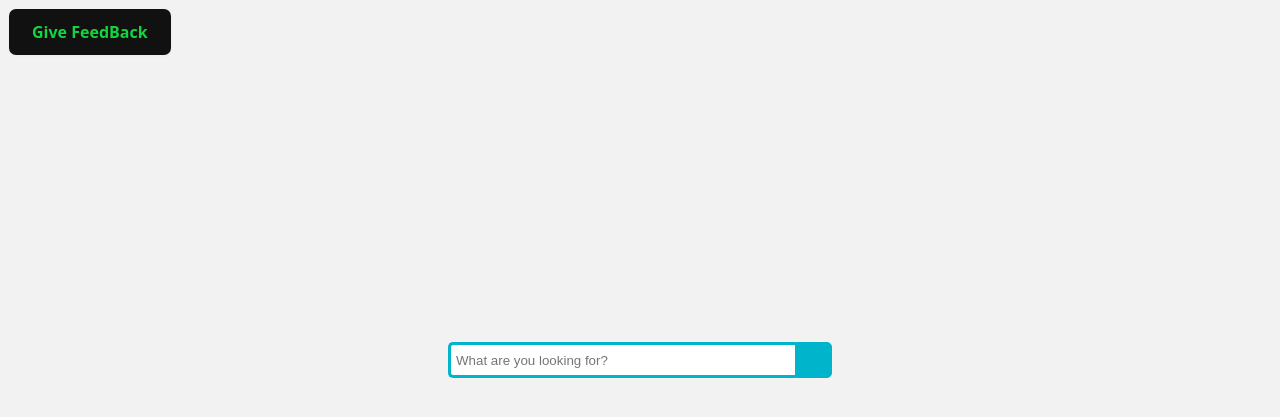
Repository: rajratangm/raj_qtify
Page: / (app in raj_qtify/)
These files come from the project's save history. The page is drawn as it stood at one moment and after a run of saves; the edit follows.
The browser window is 1280 px wide. The pictures show the whole page.
The project was rebuilt for these pictures with package versions that can differ from the ones it lists, and the page was loaded fresh each time.

Above is the page before, as saved 2024-03-19 15:10:39.

After the next 4 saves:
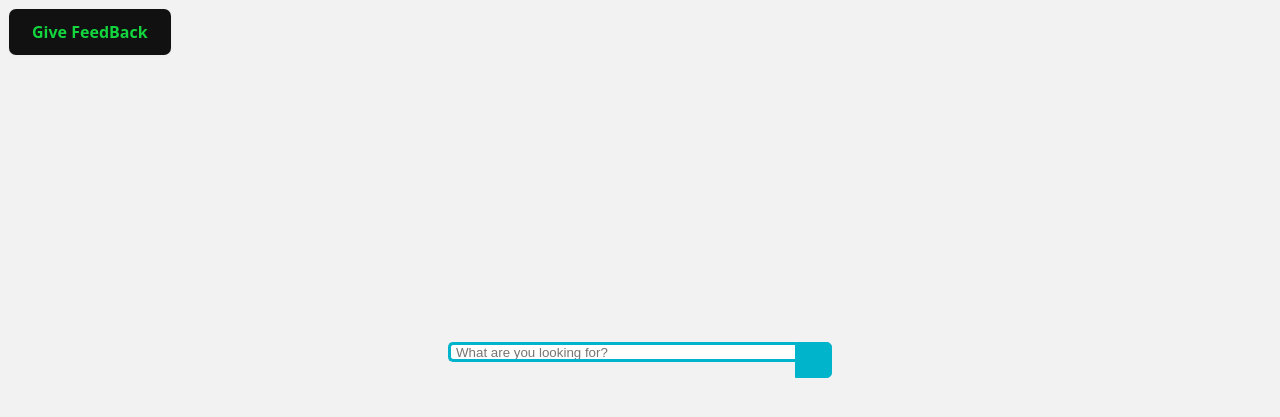
The 4 saves are shown as one change because they came seconds apart.
The last was saved 11 s later.
--- a/raj_qtify/src/index.css
+++ b/raj_qtify/src/index.css
@@ -22,5 +22,9 @@ code {
 *,
 *::before,
 *::after{
-  box-sizing: : border-box;
+  box-sizing: border-box;
 }
+
+body{
+
+}
